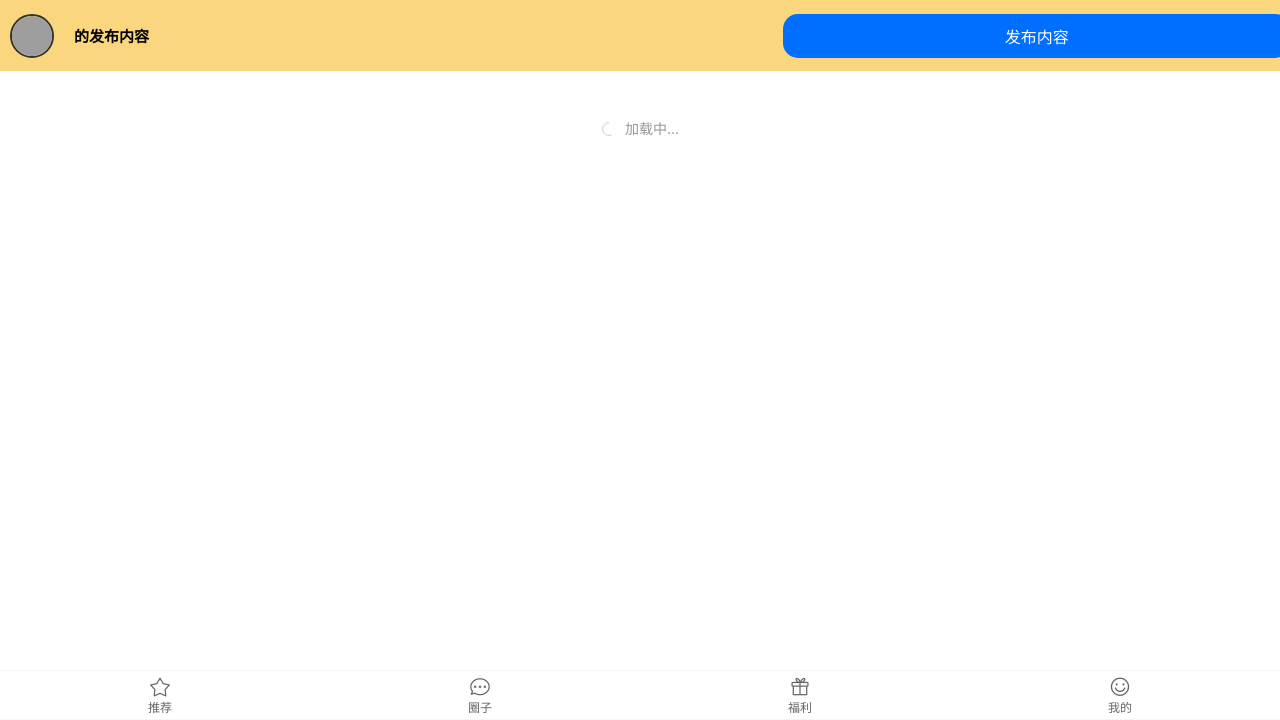
Repository: pbw-langwang/dm
Page: /#/fabu (app in dm_vue/)
These files come from the project's save history. The page is drawn as it stood at one moment and after the next save; the edit follows.
The browser window is 1280 px wide. The pictures show the whole page.
The page's requests for data from a server got no answer. The project was rebuilt for these pictures with package versions that can differ from the ones it lists, and the page was loaded fresh each time. No one was signed in, and anything a server would have sent is missing. Also part of the build but not shown: dm_vue/src/components/HelloWorld.vue, dm_vue/src/components/video.vue, dm_vue/src/components/setting.vue, dm_vue/src/components/gift.vue, dm_vue/src/components/Regist.vue, dm_vue/src/components/history.vue, dm_vue/src/components/Search.vue, dm_vue/src/components/SearchList.vue and 3 more.

Above is the page before, as saved 2021-06-22 18:48:30.

After the next save:
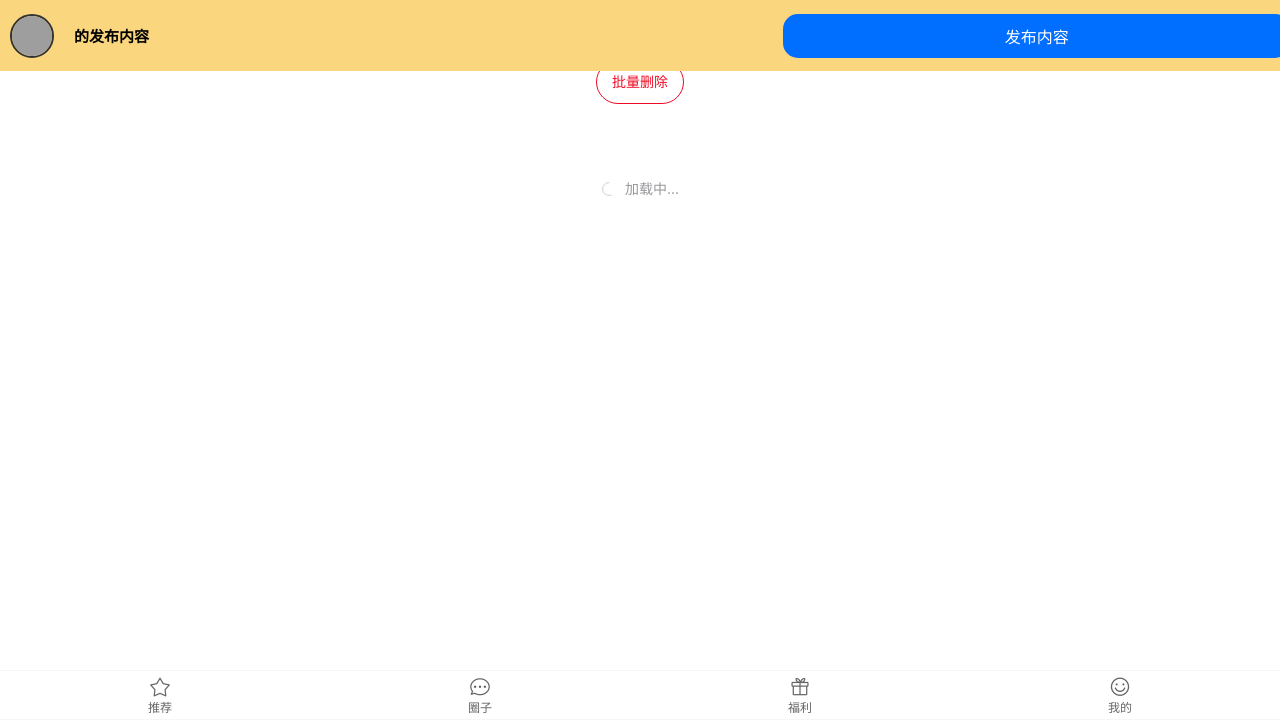
Saved 38 s later.
--- a/dm_vue/src/components/fabu.vue
+++ b/dm_vue/src/components/fabu.vue
@@ -123,6 +123,12 @@ export default {
 }
 
 
+.btn{
+  text-align: center;
+  margin-top: 60px;
+}
+
+
 .van-pull-refresh{
   margin-top: 60px;
 }
